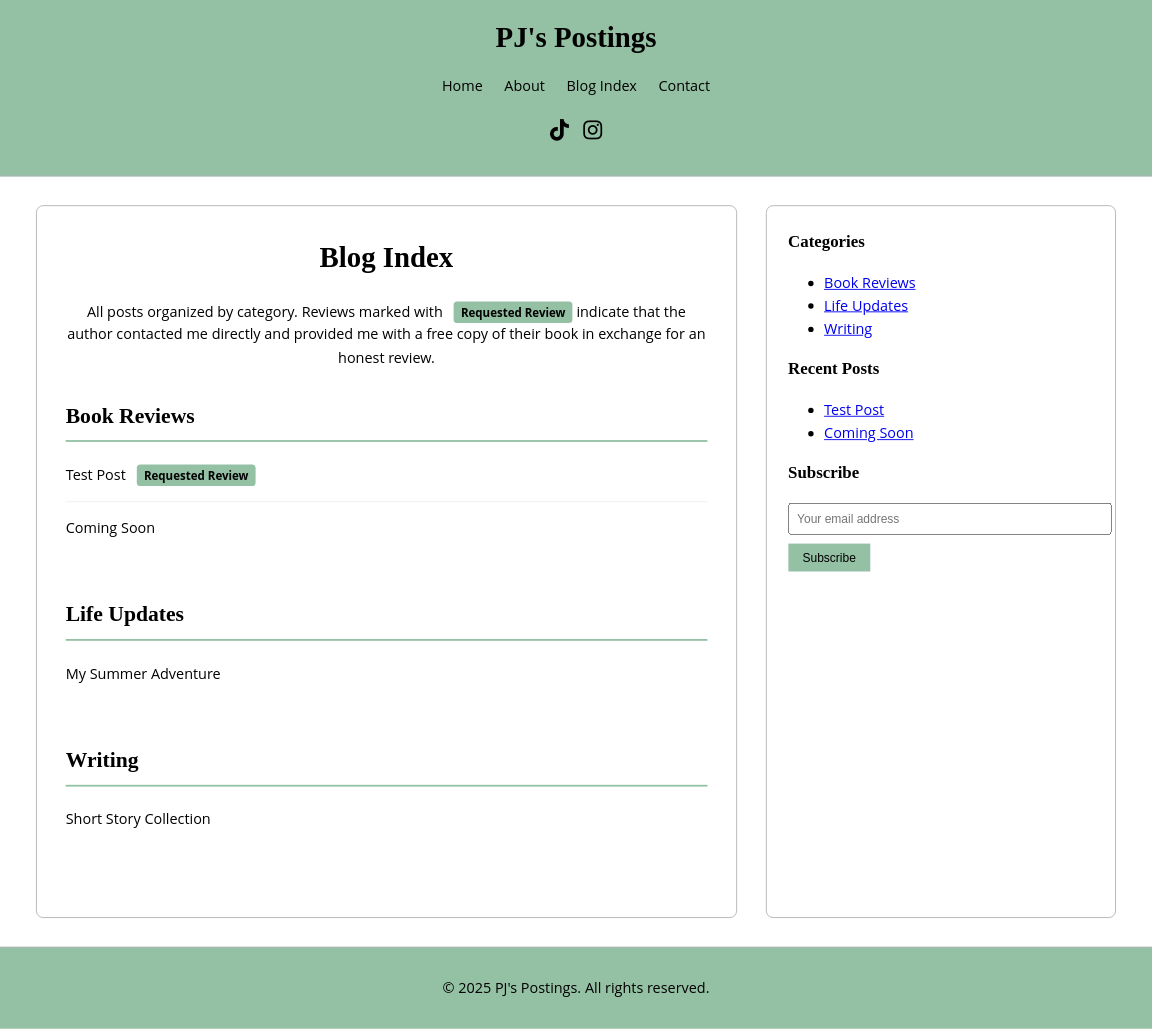
Repository: pjpatrick071/pjpatrick071.github.io
Page: blog.html
The author's editor kept a copy of each file at every save. The page is drawn from the files as they stood at one save, then again after the next save.
The browser window is 1280 px wide. The pictures show the whole page, at 90% of full size.
Some web fonts or font styles are not loaded; a fallback is used.

Above is the page before, as saved 2025-04-02 23:09:34.

### blog.html
<!DOCTYPE html>
<html lang="en">
<head>
    <meta charset="UTF-8">
    <meta name="viewport" content="width=device-width, initial-scale=1.0">
    <title>Blog Index - PJ's Postings</title>

    <!-- Fonts -->
    <link href="https://fonts-api.wp.com/css?family=Playfair+Display:400,400i,700,700i|Open+Sans:400,400i,700,700i&subset=latin,latin-ext" rel="stylesheet">

    <!-- Font Awesome (for icons) -->
    <link href="https://cdnjs.cloudflare.com/ajax/libs/font-awesome/6.4.0/css/all.min.css" rel="stylesheet">

    <!-- Main Styles -->
    <style>
        :root {
            --soft-green: #94c0a4;
            --silver: #b3b3b3;
            --black: #000000;
            --white: #ffffff;
        }

        body {
            font-family: 'Open Sans', sans-serif;
            line-height: 1.6;
            margin: 0;
            padding: 0;
            background-color: var(--white);
            color: var(--black);
        }

        /* Header Styles */
        header {
            background-color: var(--soft-green);
            padding: 1rem 0;
            text-align: center;
            border-bottom: 1px solid var(--silver);
        }

        .logo {
            font-size: 2rem;
            font-weight: bold;
            margin: 0;
            color: var(--black);
            font-family: 'Playfair Display', serif;
        }

        /* Navigation */
        nav ul {
            padding: 0;
            list-style: none;
            display: flex;
            justify-content: center;
            gap: 1.5rem;
            margin: 1rem 0;
        }

        nav a {
            text-decoration: none;
            color: var(--black);
            font-weight: 500;
            transition: color 0.3s;
        }

        nav a:hover {
            color: var(--silver);
        }

        /* Main Content */
        .container {
            max-width: 1200px;
            margin: 2rem auto;
            padding: 0 1rem;
        }

        /* Blog Index */
        .blog-index {
            background-color: var(--white);
            border: 1px solid var(--silver);
            border-radius: 8px;
            padding: 2rem;
        }

        .index-header {
            text-align: center;
            margin-bottom: 2rem;
        }

        .index-header h1 {
            font-family: 'Playfair Display', serif;
            margin-top: 0;
        }

        .index-section {
            margin-bottom: 3rem;
        }

        .index-section h2 {
            font-family: 'Playfair Display', serif;
            border-bottom: 2px solid var(--soft-green);
            padding-bottom: 0.5rem;
            margin-bottom: 1.5rem;
        }

        .index-list {
            list-style: none;
            padding: 0;
        }

        .index-list li {
            margin-bottom: 1rem;
            padding-bottom: 1rem;
            border-bottom: 1px solid #eee;
        }

        .index-list li:last-child {
            border-bottom: none;
        }

        .index-list a {
            text-decoration: none;
            color: var(--black);
            font-weight: 500;
            transition: color 0.3s;
        }

        .index-list a:hover {
            color: var(--soft-green);
        }

        .requested-badge {
            background-color: var(--soft-green);
            color: var(--black);
            padding: 0.2rem 0.5rem;
            border-radius: 4px;
            font-size: 0.8rem;
            margin-left: 0.5rem;
            font-weight: bold;
        }

        /* Sidebar */
        .sidebar {
            background-color: var(--white);
            border: 1px solid var(--silver);
            border-radius: 8px;
            padding: 1.5rem;
            margin-top: 2rem;
        }

        .sidebar-title {
            margin-top: 0;
            color: var(--black);
            font-family: 'Playfair Display', serif;
        }

        /* Footer */
        footer {
            background-color: var(--soft-green);
            text-align: center;
            padding: 1rem 0;
            border-top: 1px solid var(--silver);
            margin-top: 2rem;
        }

        /* Social Icons */
        .social-links {
            display: flex;
            justify-content: center;
            gap: 1rem;
            margin: 1rem 0;
        }

        .social-links a {
            color: var(--black);
            font-size: 1.5rem;
            transition: transform 0.3s;
        }

        .social-links a:hover {
            transform: scale(1.2);
        }

        /* Responsive Design */
        @media (min-width: 768px) {
            .content-wrapper {
                display: grid;
                grid-template-columns: 2fr 1fr;
                gap: 2rem;
            }

            .sidebar {
                margin-top: 0;
            }
        }
    </style>
</head>
<body>
    <!-- Header -->
    <header>
        <h1 class="logo">PJ's Postings</h1>
        <nav>
            <ul>
                <li><a href="../index.html">Home</a></li>
                <li><a href="about.html">About</a></li>
                <li><a href="blog.html">Blog Index</a></li>
                <li><a href="#">Contact</a></li>
            </ul>
        </nav>

        <!-- Social Links -->
        <div class="social-links">
            <a href="https://www.tiktok.com/@p.j.patrick" target="_blank" rel="noopener noreferrer"><i class="fab fa-tiktok"></i></a>
            <a href="#" target="_blank" rel="noopener noreferrer"><i class="fab fa-instagram"></i></a>
        </div>
    </header>

    <!-- Main Content -->
    <div class="container">
        <div class="content-wrapper">
            <!-- Blog Index -->
            <main class="blog-index">
                <div class="index-header">
                    <h1>Blog Index</h1>
                    <p>All posts organized by category. Reviews marked with <span class="requested-badge">Requested Review</span> indicate that the author contacted me directly and provided me with a free copy of their book in exchange for an honest review.</p>
                </div>

                <section id="book-reviews" class="index-section">
                    <h2>Book Reviews</h2>
                    <ul class="index-list">
                        <li>
                            <a href="#test-post">Test Post</a>
                            <span class="requested-badge">Requested Review</span>
                        </li>
                        <li>
                            <a href="#coming-soon">Coming Soon</a>
                        </li>
                    </ul>
                </section>

                <section id="life-updates" class="index-section">
                    <h2>Life Updates</h2>
                    <ul class="index-list">
                        <li>
                            <a href="#my-summer-adventure">My Summer Adventure</a>
                        </li>
                    </ul>
                </section>

                <section id="writing" class="index-section">
                    <h2>Writing</h2>
                    <ul class="index-list">
                        <li>
                            <a href="#short-story-collection">Short Story Collection</a>
                        </li>
                    </ul>
                </section>
            </main>

            <!-- Sidebar -->
            <aside class="sidebar">
                <h3 class="sidebar-title">Categories</h3>
                <ul>
                    <li><a href="#book-reviews">Book Reviews</a></li>
                    <li><a href="#life-updates">Life Updates</a></li>
                    <li><a href="#writing">Writing</a></li>
                </ul>

                <h3 class="sidebar-title">Recent Posts</h3>
                <ul>
                    <li><a href="#test-post">Test Post</a></li>
                    <li><a href="#coming-soon">Coming Soon</a></li>
                </ul>

                <!-- Email Subscription Form -->
                <h3 class="sidebar-title">Subscribe</h3>
                <form action="#" method="post">
                    <input type="email" name="email" placeholder="Your email address" style="width: 100%; padding: 8px; margin-bottom: 10px;">
                    <button type="submit" style="background: var(--soft-green); border: none; padding: 8px 16px; cursor: pointer;">Subscribe</button>
                </form>
            </aside>
        </div>
    </div>

    <!-- Footer -->
    <footer>
        <p>&copy; <script>document.write(new Date().getFullYear());</script> PJ's Postings. All rights reserved.</p>
    </footer>

    <!-- JavaScript for dynamic elements -->
    <script>
        // Simple script to handle mobile menu toggle
        document.addEventListener('DOMContentLoaded', function() {
            // You can add interactive functionality here
            console.log('Blog index loaded successfully!');
        });
    </script>
</body>
</html>

After the next save:
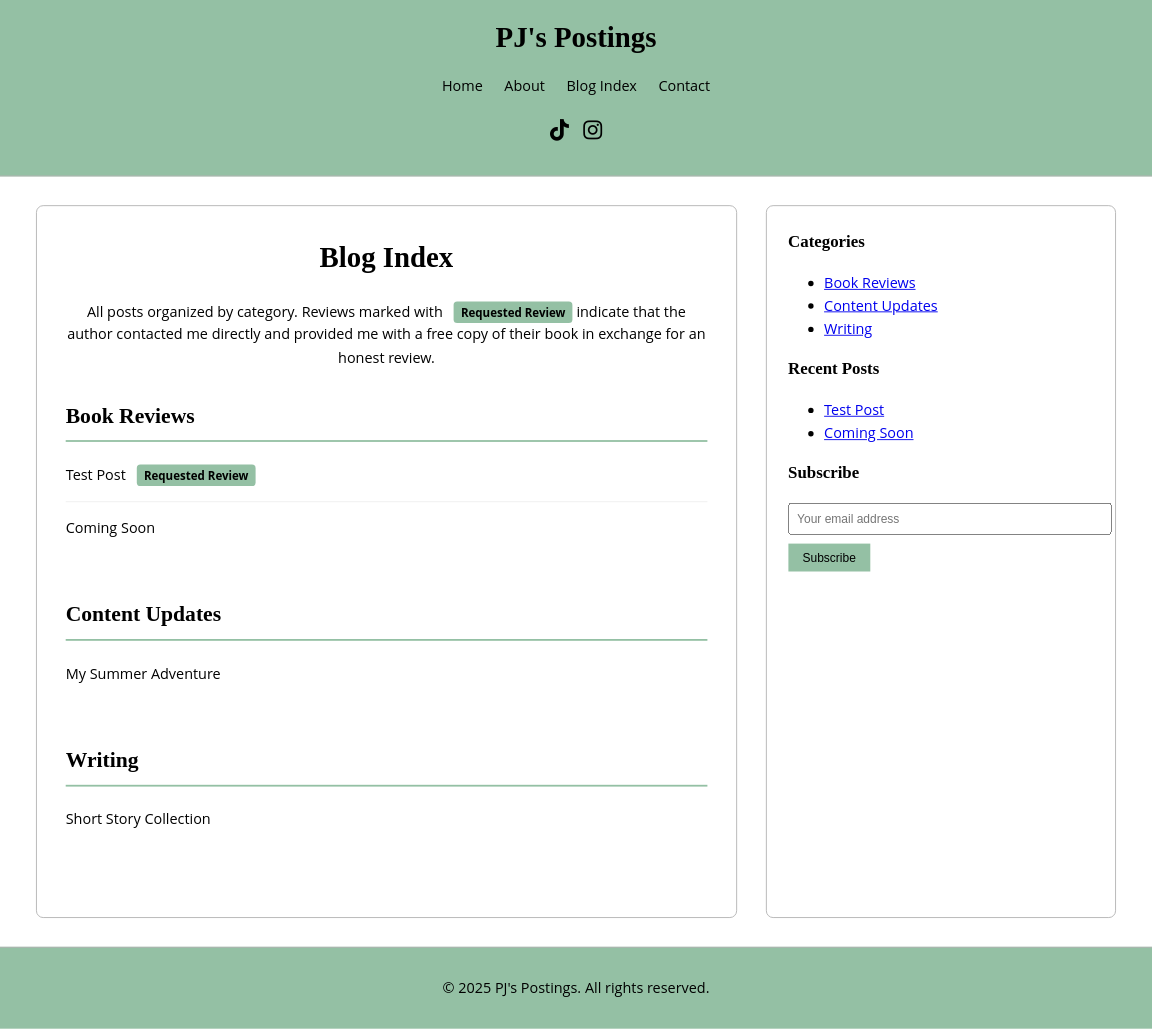
Saved 2 min 29 s later.
--- a/blog.html
+++ b/blog.html
@@ -237,8 +237,8 @@
                     </ul>
                 </section>
 
-                <section id="life-updates" class="index-section">
-                    <h2>Life Updates</h2>
+                <section id="Content-updates" class="index-section">
+                    <h2>Content Updates</h2>
                     <ul class="index-list">
                         <li>
                             <a href="#my-summer-adventure">My Summer Adventure</a>
@@ -261,7 +261,7 @@
                 <h3 class="sidebar-title">Categories</h3>
                 <ul>
                     <li><a href="#book-reviews">Book Reviews</a></li>
-                    <li><a href="#life-updates">Life Updates</a></li>
+                    <li><a href="#Content-updates">Content Updates</a></li>
                     <li><a href="#writing">Writing</a></li>
                 </ul>
 
